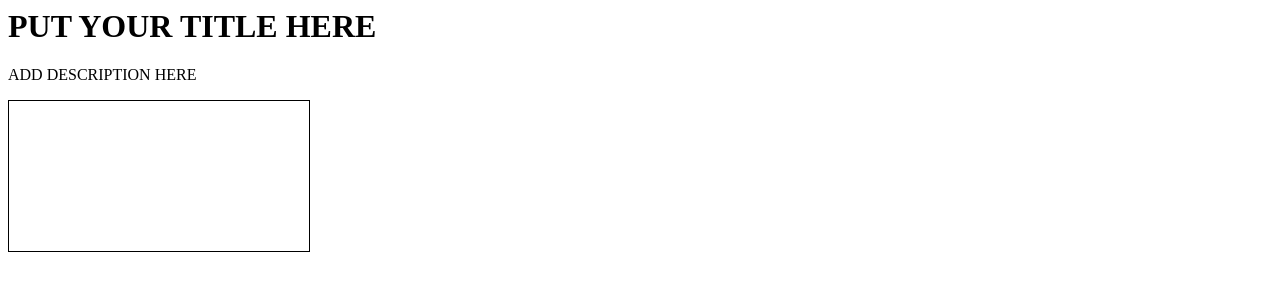
Repository: probably-nick/probably-nick.github.io
Page: FlappyBird.html
The author's editor kept a record of every edit. The page is drawn from the files as they stood at one moment, then again after the next edit.
The browser window is 1280 px wide. The pictures show the whole page.

Above is the page before.
Console error: TypeError: Cannot read properties of null (reading 'bind')

### FlappyBird.html

<html>

  <head>
      <meta http-equiv="Content-Type" content="text/html; charset=UTF-8" />
      <title>Processing Demo</title>
      <script type="text/javascript" src="js/processing.js"></script>
  </head>

  <body>
    <h1>PUT YOUR TITLE HERE</h1>
    <p>ADD DESCRIPTION HERE</p>

    <script type="text/processing">
    PImage bg, rock, tPipe, bPipe;
int bgx, bgy, rx, ry, g, Vky  ;
int[] pipeX, pipeY; //DECLARE two arrays
int gameState, points;

// ONE TIME
void setup()
{
  size(800,525);
  bg = loadImage("./img/bg.png");
  rock = loadImage("./img/Rock.png");
  tPipe = loadImage("./img/topPipe.png");
  bPipe = loadImage("./img/botPipe.png");
  rx = 100;
  ry = 50;
  g = 1; //gravity == Speed of downward acceleration
  pipeX = new int[5];  //[0,0,0,0]
  pipeY = new int[pipeX.length];
  //POPULATE THE ARRAY WITH VALUES
  for(int i = 0; i < pipeX.length; i++)
  {
    pipeX[i] = width + 200*i;
    pipeY[i] = (int)random(-350, 0);
  }
  gameState = -1;
}

//MAIN GAME LOOP
void draw()
{
   if(gameState == -1)
  {
    startScreen();
  }
 else if(gameState==0)
 {
  setBg();
  setPipes();
  rock(); //PUTS ROCK ON TOP
  score();
 }
 else
 {
   fill(217, 0, 191);
   text("You monster look what you've done...", 20, 50);
   text("YOU LOSE", 20, 100);
 }
}

void score()
{

textSize(32);
text("Score:" + points, width - 170, 40);
}

void startScreen()
{
textSize(40);
image(bg, 0, 0);
text("Welcome to Flappy Bird", 40, 100);
text("Click to start...", 40, 200);
if(mousePressed)
{
  ry = height/2;
  gameState = 0;
}
}

void setPipes()
{
  for(int i = 0; i < pipeX.length; i++)
  {
  image(tPipe, pipeX[i] , pipeY[i]);
  image(bPipe, pipeX[i] , pipeY[i] + 600);
  pipeX[i]-= 5;
  if(pipeX[i] < -200)
  {
    pipeX[i] = width;
   }
   if(rx > (pipeX[i]-53) && rx <pipeX[i] + 107)
    {
    if(! (ry > pipeY[i] + 250 && ry < pipeY[i] + (250 + 350 - 53)))
    {
     gameState = 1;
    }
    else if(rx==pipeX[i] )
    {
    points++;
      }
    }
  }
 }

void rock()
{
  image(rock, rx, ry);
  ry = ry + Vky;
  Vky = Vky + g;
  if(ry > height || ry < 0)
  {
   text("Wait a minute, rocks cant fly...", 40, 34);
   gameState=1;
  }
}

void mousePressed()
{
  Vky = -15;

}

 void setBg()
 {
  image(bg,bgx,bgy);
  image(bg,bgx + bg.width, bgy);
  bgx = bgx - 4;
  if(bgx < -bg.width)
  {
    bgx = 0;  //resets it once first image is done
  }
}
    </script>
    <canvas id="sketch" style="border: 1px solid black;"></canvas>

  </body>

</html>

Loaded but not shown: js/processing.js (library)

After the next edit:
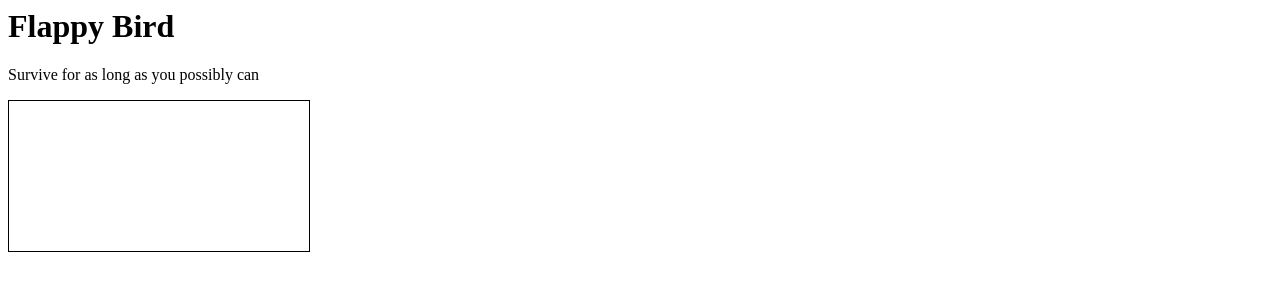
The edit:
--- a/FlappyBird.html
+++ b/FlappyBird.html
@@ -8,8 +8,8 @@
   </head>
 
   <body>
-    <h1>PUT YOUR TITLE HERE</h1>
-    <p>ADD DESCRIPTION HERE</p>
+    <h1>Flappy Bird</h1>
+    <p>Survive for as long as you possibly can</p>
 
     <script type="text/processing">
     PImage bg, rock, tPipe, bPipe;
